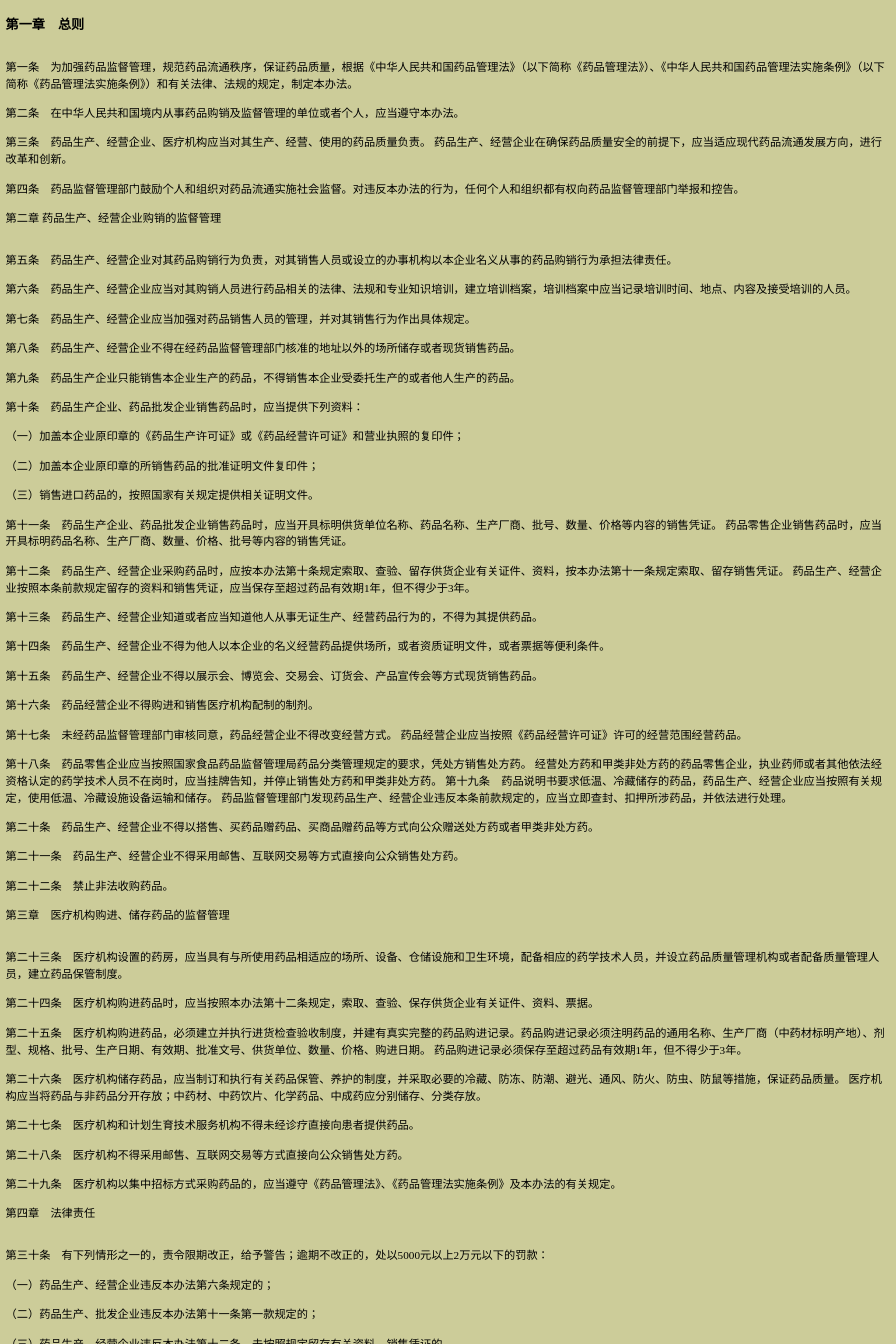
Repository: Shaoxubao/Java
Page: http://localhost/msm/jsp/rule/rules.jsp
These files come from the project's save history. The page is drawn as it stood at one moment and after the next save; the edit follows.
The browser window is 1280 px wide. The pictures show the part of the page from y = 0 to 1920 px (the page is 3114 px tall before and 3137 px after), at 70% of full size.
The page is served by Tomcat 9. Nobody is signed in. The application's start-up code is not run.

Above is the page before, as saved 2015-06-13 17:58:17.

After the next save:
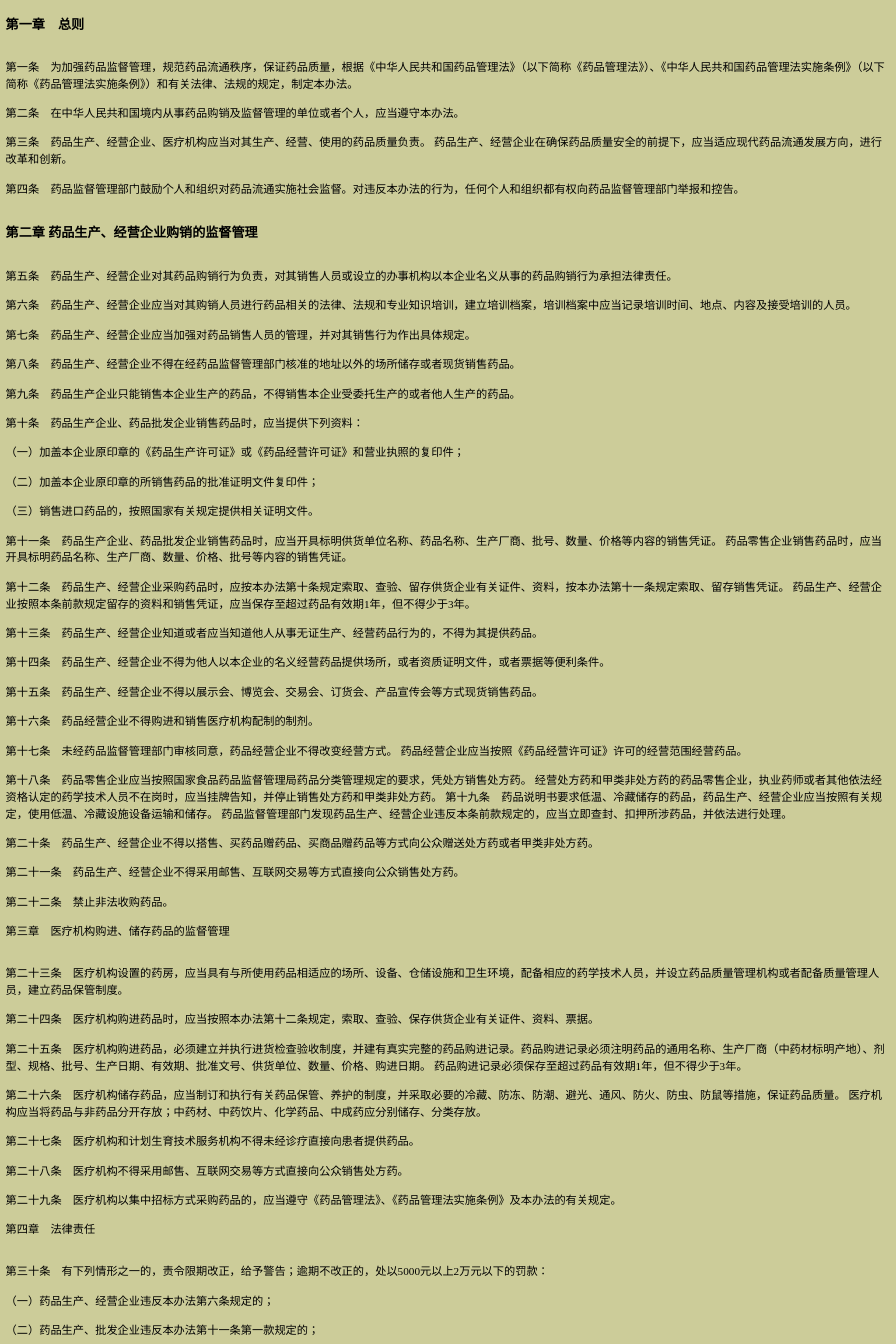
Saved 31 s later.
--- a/msm/WebContent/jsp/rule/rules.jsp
+++ b/msm/WebContent/jsp/rule/rules.jsp
@@ -14,7 +14,7 @@
 第三条　药品生产、经营企业、医疗机构应当对其生产、经营、使用的药品质量负责。
 药品生产、经营企业在确保药品质量安全的前提下，应当适应现代药品流通发展方向，进行改革和创新。<br><br>
 第四条　药品监督管理部门鼓励个人和组织对药品流通实施社会监督。对违反本办法的行为，任何个人和组织都有权向药品监督管理部门举报和控告。<br><br>
-第二章 药品生产、经营企业购销的监督管理<br><br><br>
+<h3>第二章 药品生产、经营企业购销的监督管理</h3><br>
 
 第五条　药品生产、经营企业对其药品购销行为负责，对其销售人员或设立的办事机构以本企业名义从事的药品购销行为承担法律责任。<br><br>
 第六条　药品生产、经营企业应当对其购销人员进行药品相关的法律、法规和专业知识培训，建立培训档案，培训档案中应当记录培训时间、地点、内容及接受培训的人员。<br><br>
